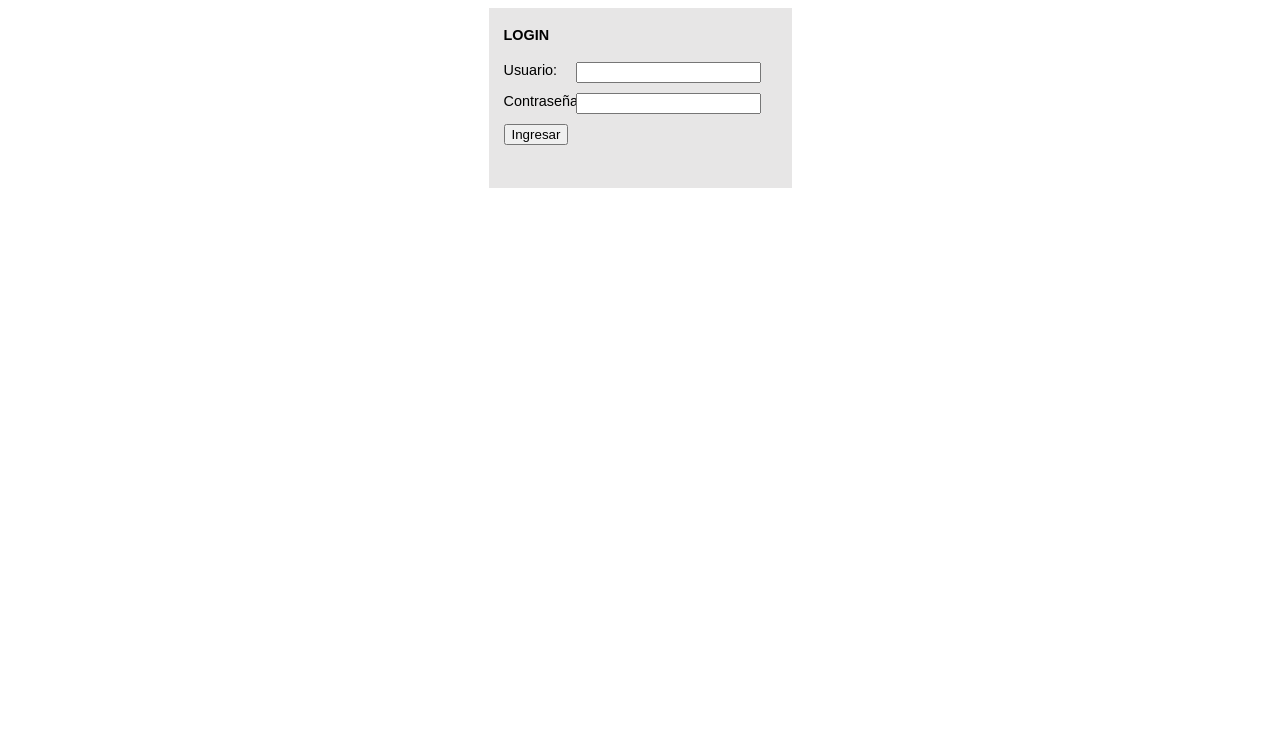
Repository: juanmondragonc/torre-project
Page: http://localhost/torre/login.jsp
These files come from the project's save history. The page is drawn as it stood at one moment and after the next save; the edit follows.
The browser window is 1280 px wide. The pictures show the whole page.
The page is served by Tomcat 9.

Above is the page before, as saved 2022-08-10 20:49:06.

After the next save:
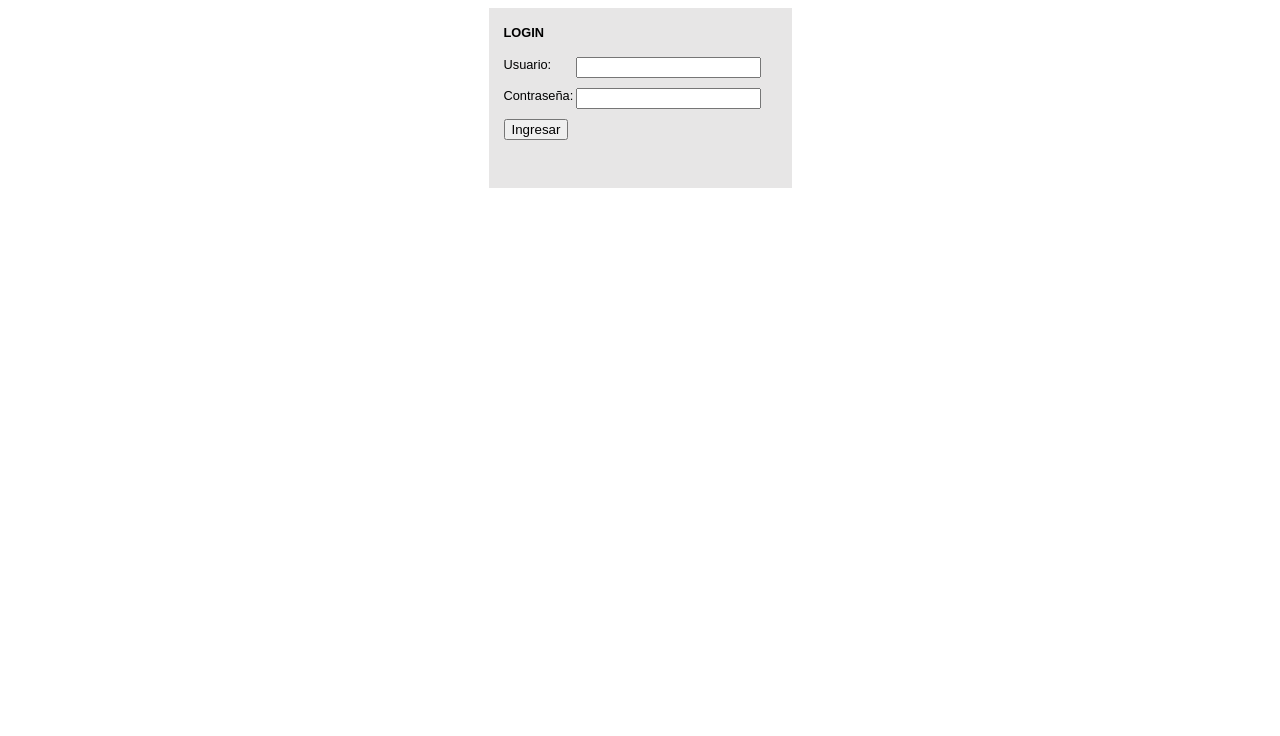
Saved 5 s later.
--- a/torre/src/main/webapp/css/style.css
+++ b/torre/src/main/webapp/css/style.css
@@ -1,6 +1,6 @@
  body {
  	font-family: sans-serif;
- 	font-size: 0.9em;
+ 	font-size: 0.8em;
 }
  .container {
  	height: 100vh;
